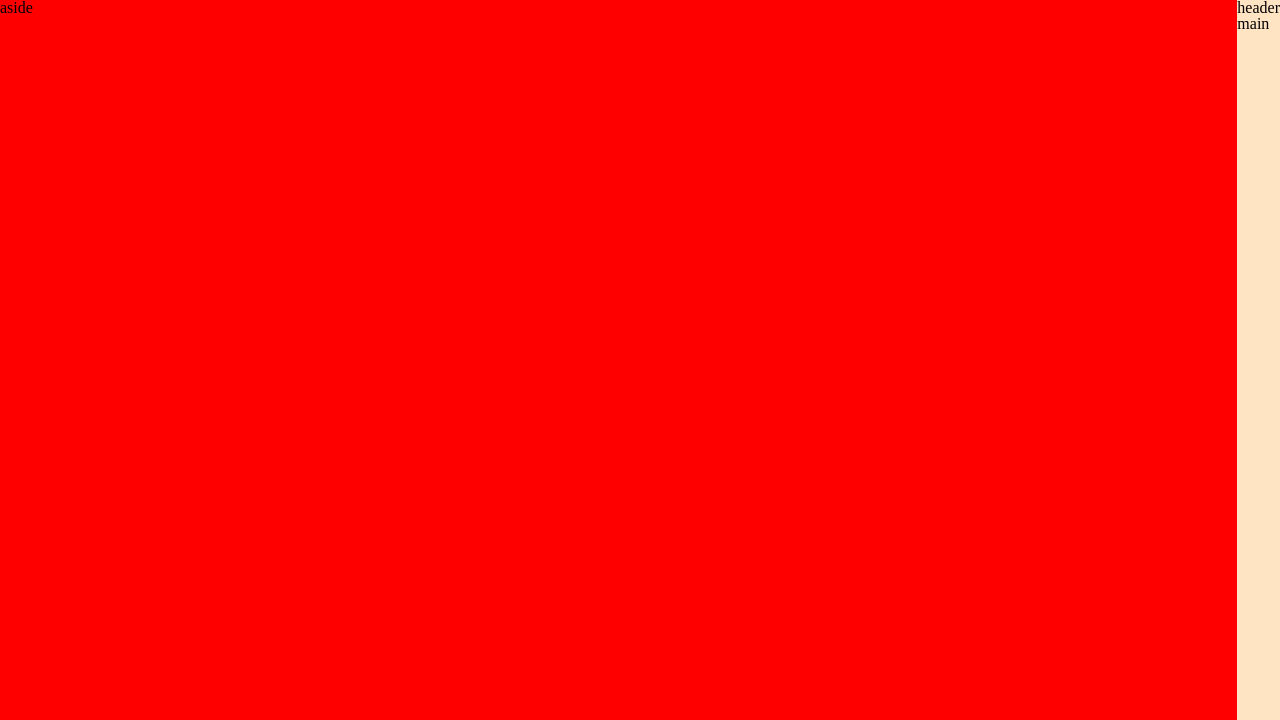
Repository: serrrN/vue-vite-template
Page: /
These files come from the project's save history. The page is drawn as it stood at one moment and after the next save; the edit follows.
The browser window is 1280 px wide. The pictures show the whole page.
The project was rebuilt for these pictures with package versions that can differ from the ones it lists, and the page was loaded fresh each time. Also part of the build but not shown: vite.config.ts.

Above is the page before, as saved 2024-06-02 11:12:26.

After the next save:
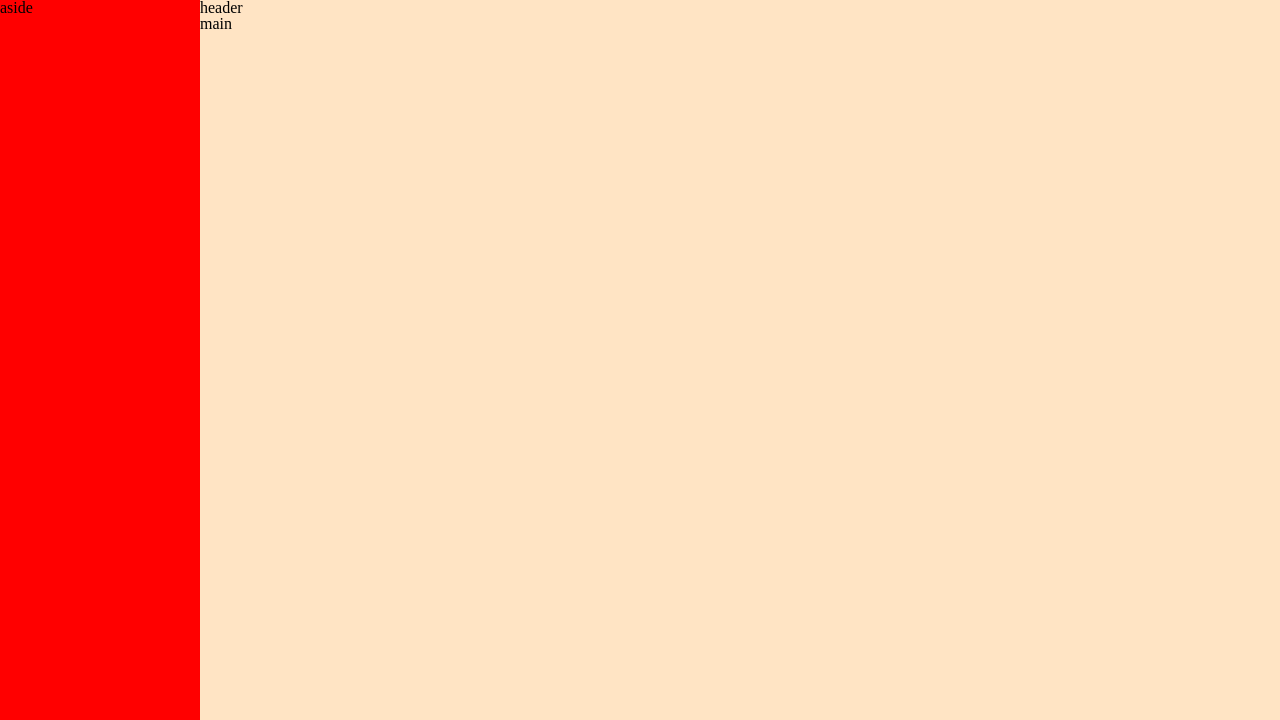
Saved 23 s later.
--- a/src/layout/index.vue
+++ b/src/layout/index.vue
@@ -20,7 +20,7 @@
   display: flex;
   .left{
     height: 100%;
-    width: 100%;
+    width: 200px;
     background-color: red;
   }
 }
